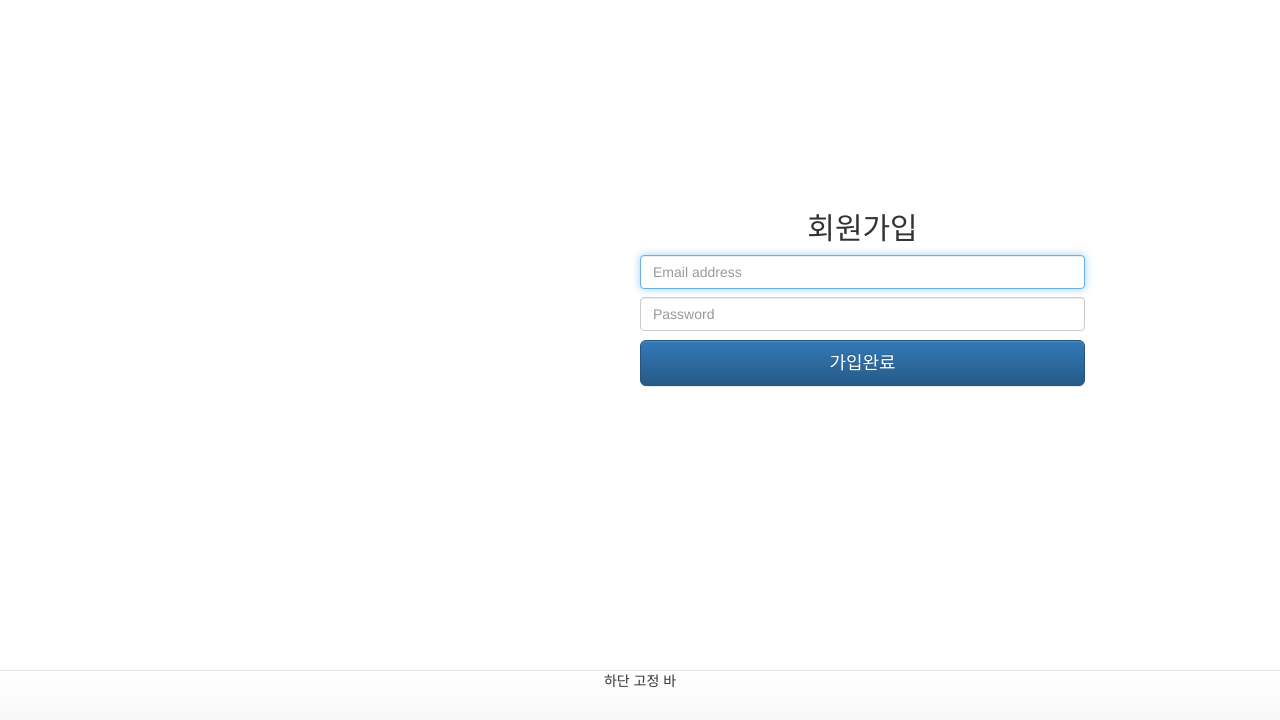
Repository: hrhwbp/Acorn-Final-Project
Page: http://localhost/final_project/index.jsp
An editor plug-in stored every save of this project. The page is shown before and after the next save, followed by the edit.
The browser window is 1280 px wide. The pictures show the whole page.
Some web libraries are served in a nearby version. The page is served by Tomcat 9. Nobody is signed in. The application's start-up code is not run. Other server files are loaded and not shown.

Above is the page before, as saved 2016-10-26 05:46:14.

### final_project/src/main/webapp/index.jsp
<%@ page language="java" contentType="text/html; charset=UTF-8"
	pageEncoding="UTF-8"%>
<!DOCTYPE html">
<html>
<head>
<meta http-equiv="Content-Type" content="text/html; charset=UTF-8">
<title>REMIND</title>
<!-- 합쳐지고 최소화된 최신 CSS -->
<link rel="stylesheet"
	href="https://maxcdn.bootstrapcdn.com/bootstrap/3.3.2/css/bootstrap.min.css">
<!-- 부가적인 테마 -->
<link rel="stylesheet"
	href="https://maxcdn.bootstrapcdn.com/bootstrap/3.3.2/css/bootstrap-theme.min.css">
<style type="text/css">
.top_pd{
	padding-top: 2%;
}
.bottom_pd{
	padding-bottom: 2%;
}
.main_pd{
	padding-top: 15%;
	padding-bottom: 20%;
}
</style>
<!-- 합쳐지고 최소화된 최신 자바스크립트 -->
<script
	src="https://ajax.googleapis.com/ajax/libs/jquery/3.1.1/jquery.min.js"></script>
<script
	src="https://maxcdn.bootstrapcdn.com/bootstrap/3.3.2/js/bootstrap.min.js"></script>
</head>
<body class="center-block()">
	<div class="container main_pd">
		<div class="container col-md-5 col-md-offset-1"></div>
		<div class="container col-md-5">
		<div class="row col-md-12 hide">
			<form class="form-signin">
				<h2 class="form-signin-heading text-center">로그인</h2>
				<div class="row">
				<label for="inputEmail" class="sr-only">Email address</label>
					<input
					type="email" id="inputEmail" class="form-control"
					placeholder="Email address" required autofocus>
				</div>
				<div class="row top_pd bottom_pd">
					<label
					for="inputPassword" class="sr-only">Password</label>
					<input
					type="password" id="inputPassword" class="form-control"
					placeholder="Password" required>
				</div>

				<button class="btn btn-lg btn-primary btn-block" type="submit">로그인</button>
			</form>
			<button class="btn btn-lg btn-primary btn-block" type="button">회원가입</button>
		</div>
		<div class="row col-md-12">
			<form class="form-signin">
				<h2 class="form-signin-heading text-center">회원가입</h2>
				<div class="row">
				<label for="inputEmail" class="sr-only">Email address</label>
					<input
					type="email" id="inputEmail" class="form-control"
					placeholder="Email address" required autofocus>
				</div>
				<div class="row top_pd">
					<label
					for="inputPassword" class="sr-only">Password</label>
					<input
					type="password" id="inputPassword" class="form-control"
					placeholder="Password" required>
				</div>
				<div class="row top_pd">
				<button class="btn btn-lg btn-primary btn-block" type="submit">가입완료</button>
				</div>
			</form>

		</div>
		</div>
	</div>
<%@include file="bottom.jsp" %>
</body>
</html>

### final_project/src/main/webapp/bottom.jsp
<%@ page language="java" contentType="text/html; charset=UTF-8"
    pageEncoding="UTF-8"%>
<!DOCTYPE html PUBLIC "-//W3C//DTD HTML 4.01 Transitional//EN" "http://www.w3.org/TR/html4/loose.dtd">
<html>
<head>
<meta http-equiv="Content-Type" content="text/html; charset=UTF-8">
<title>Insert title here</title>
</head>
<body>
<nav class="navbar navbar-default navbar-fixed-bottom">
  <div class="container">
  	<div class="row text-center">
  	 	하단 고정 바
  	</div>
  </div>
</nav>
</body>
</html>

After the next save:
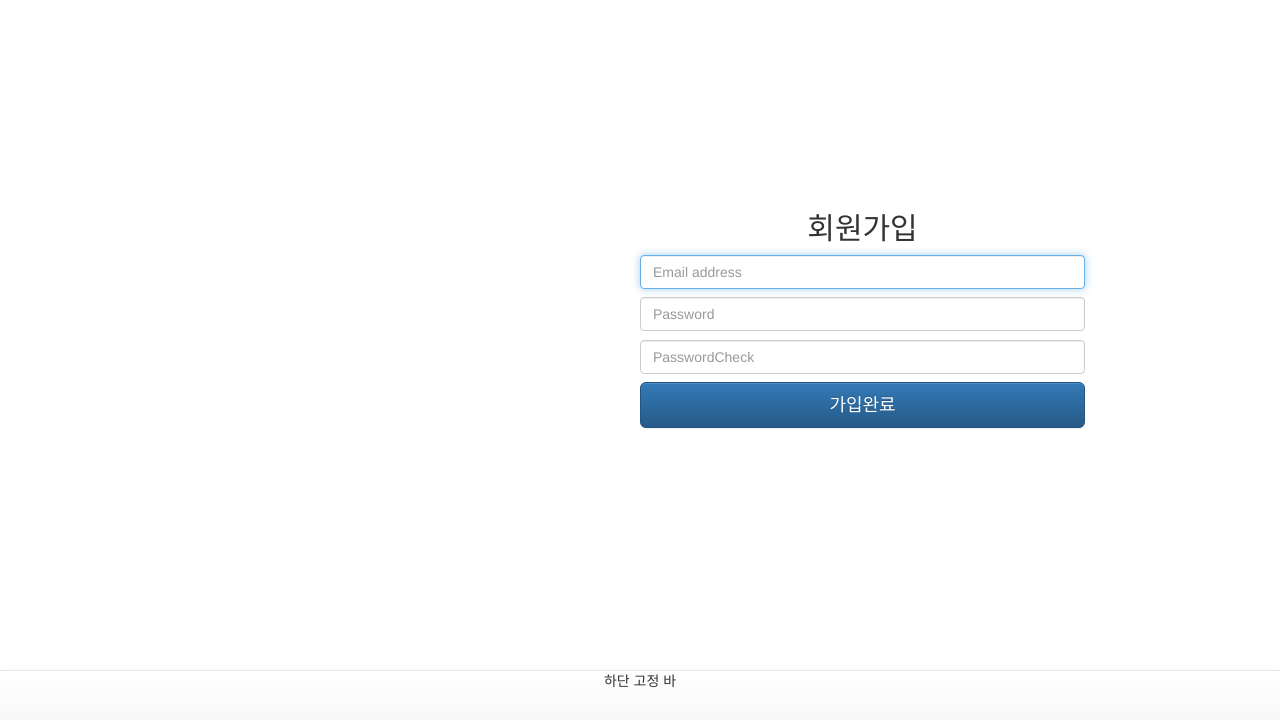
Saved 5 min 9 s later.
--- a/final_project/src/main/webapp/index.jsp
+++ b/final_project/src/main/webapp/index.jsp
@@ -71,6 +71,13 @@
 					placeholder="Password" required>
 				</div>
 				<div class="row top_pd">
+					<label
+					for="passwordCheck" class="sr-only">PasswordCheck</label>
+					<input
+					type="password" id="passwordCheck" class="form-control"
+					placeholder="PasswordCheck" required>
+				</div>
+				<div class="row top_pd">
 				<button class="btn btn-lg btn-primary btn-block" type="submit">가입완료</button>
 				</div>
 			</form>
